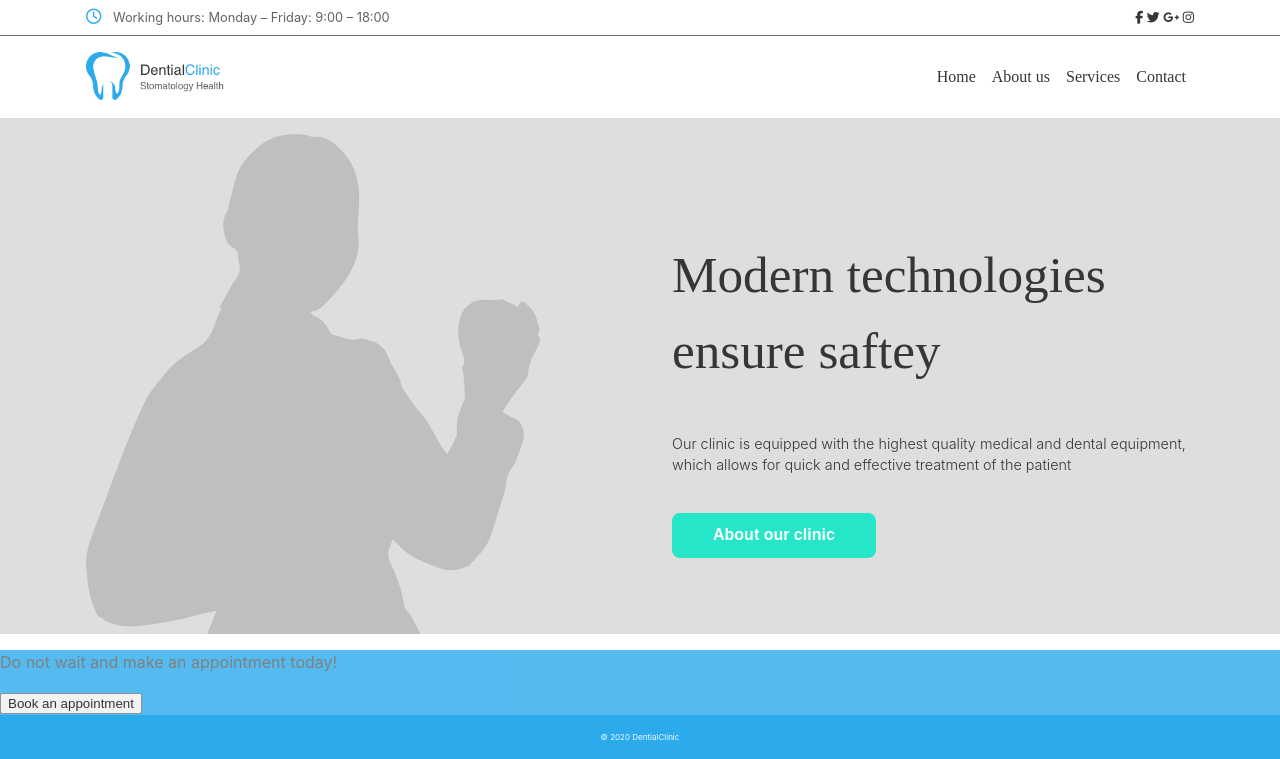
Repository: skepp4rn/uppgift1
Page: index.html
The author's editor kept a copy of each file at every save. The page is drawn from the files as they stood at one save, then again after the next save.
The browser window is 1280 px wide. The pictures show the whole page.
Some web libraries are served in a nearby version.

Above is the page before, as saved 2020-12-03 14:13:39.

### index.html
<!DOCTYPE html>
<html lang="en">
<head>
    <meta charset="UTF-8">
    <meta name="viewport" content="width=device-width, initial-scale=1.0">
    <title>Document</title>

    <script src="https://kit.fontawesome.com/0abbda2fd3.js" crossorigin="anonymous"></script>
    <link rel="stylesheet" href="style.css">
</head>
<body>

    <nav class="navbar-top collapse">
        <div class="container">
            <div class="hours">
                <i class="far fa-clock"></i>
                Working hours: Monday – Friday: 9:00 – 18:00
            </div>
            <div class="#">
                <a href="#"><i class="fab fa-facebook-f"></i></a>
                <a href="#"><i class="fab fa-twitter"></i></a>
                <a href="#"><i class="fab fa-google-plus-g"></i></a>
                <a href="#"><i class="fab fa-instagram"></i></a>
            </div>
        </div>
    </nav>

    <nav class="navbar ">
        <div class="container">
            <a class="navbar-brand" href="#" >
                <img src="images/Logo.png" alt="">
            </a>
            <button class="navbar-toggler">
                <i class="fas fa-bars"></i>
            </button>
            <div class="collapse navbar-collapse">
                <div class="navbar-nav">
                    <a class="nav-link" href="#">Home</a>
                    <a class="nav-link" href="#">About us</a>
                    <a class="nav-link" href="#">Services</a>
                    <a class="nav-link" href="#">Contact</a>
                </div>
            </div>
        </div>
    </nav>

    <section id="showcase" class="bg-gray">
        <div class="container">
            <img src="images/placehold-girl.svg" alt="">
            <div class="content-box">
                <div class="content">
                    <h1>Modern technologies ensure saftey</h1>
                    <p>Our clinic is equipped with the highest quality medical and dental equipment, which allows for quick and effective treatment of the patient</p>
                    <button class="btn btn-green">About our clinic</button>
                </div>
            </div>
        </div>
    </section>












   <div class="grid">
        <section id="appointment bg-gray">
            <div class="bg-blue overlay">
                <div class="center-content">
                    <p>Do not wait and make an appointment today!</p>
                    <button>Book an appointment</button>
                </div>
            </div>
        </section>
        <footer class="d-flex justify-content-center bg-blue">
            <p>© 2020 DentialClinic</p>
        </footer>
    </div>

</body>
</html>

### style.css
* {
    box-sizing: border-box;
}

html, body {
    font-weight: 400;
    font-family: -apple-system, BlinkMacSystemFont, 'Segoe UI', Roboto, Oxygen, Ubuntu, Cantarell, 'Open Sans', 'Helvetica Neue', sans-serif;
    line-height: 1.5;
    font-size: 16px;
    margin: 0;
    padding: 0;
    color: #626262;
}

.border {
    border: 1px solid black;
}

a {
    color: #363636;
    text-decoration: none;
    background-color: transparent;
}

a:hover {
    color: #25E6C8;
}

.bg-dark {
   background: #333333;
   color: #ffffff;
}

.bg-light {
    background: #f7f7f7;
    color: #333333;
}

.bg-gray {
    background-color: #DEDEDE;

}



.btn {
    display: inline-block;
    font-weight: 400;
    text-align: center;
    vertical-align: middle;
    padding: 0.80rem 2.5rem;
    border-radius: 0.5rem;
    border: 1px solid transparent;
    background-color: transparent;
    font-size: 1rem;

}

.btn-green {
    color: #ffffff;
    background-color: #25E6C8;
    font-weight: bold;
    margin-top: 1.4rem;


}

.btn-green:hover {
    cursor: pointer;
    background-color: #2BAAEC;
}



.collapse:not(.show) {
    display: none;
}

.container {
    width: 100%;
    padding: 0 1rem;
    margin: 0 auto;
}

.navbar-top {
    border-bottom: 1px solid #707070;
}

.navbar, .navbar-top {
    display: flex;
    justify-content: space-between;
    padding: 0.5rem 1rem;
}

.navbar .container, .navbar-top .container {
    display: flex;
    justify-content: space-between;
    align-items: center;
}

.navbar-top .container {
    font-size: 0.8rem;
}

.navbar-top .container .hours {
    color:#626262;
}

.navbar-top .container .hours i {
    color: #2BAAEC;
    margin-right: 0.5rem;
    font-size: 1.2em;
}

.navbar-top .container .socialmedia a {
    margin: 0 0.5rem;

}

.navbar-brand {
    display: inline-block;
    font-size: 1.5rem;
    color: black;
    margin-right: 1rem;
}

.navbar-brand img {
    height: 3rem;
    margin-top: 0.5rem;
}


.navbar-toggler {
    font-size: 2.5rem;
    color:#2BAAEC;
    background-color: transparent;
    border: 1px solid transparent;
}

.navbar-collapse {
    align-items: center;
}

.navbar-nav {
    display: flex;
    flex-direction: column;
    font-family: 'Roboto Slab', serif;

}

.nav-link {
    padding: 0;
    text-decoration: none;
}



#showcase .container {
    display: grid;
    grid-template-columns: 1fr 1fr;
    column-gap: 4rem;

    align-items: center;
}

#showcase .container img {
    height: 500px;
    margin-top: 1rem;


}

#showcase .container .content-box {
    align-self: center;
    color: #363636;
    font-weight: 300;
}

.content-box .content h1 {
    font-size: 3.2rem;
    font-family: 'Roboto Slab', serif;
    font-weight: 300;

}

.content-box .content p {
    font-size: 0.9rem;
}




.d-flex {
    display: flex;
}

.justify-content-center {
    justify-content: center;
}

#appointment {
    background-color: #DEDEDE;
}

.overlay {
    opacity: 80%;
    background-color: #2BAAEC;
}



footer {
    border-top: 1px solid rgb(255, 255, 255, 0.2);
    background-color: #2BAAEC;
    color: #f3fbff;
    text-align: center;
    padding: 0.5rem 0rem;
    font-size: 0.5rem;



}










@media (min-width: 768px) {
    .nav-link {
        padding-right: 0.5rem;
        padding-left: 0.5rem;
    }

    .navbar-nav {
        flex-direction: row;
    }

    .navbar-toggler {
        display: none;
    }

    .collapse:not(.show) {
        display: flex;
    }

    .container {
        max-width: 720px;
    }

}

@media (min-width: 992px) {
    .container {
        max-width: 960px;
    }
}

@media (min-width: 1200px) {
    .container {
        max-width: 1140px;
    }
}

After the next save:
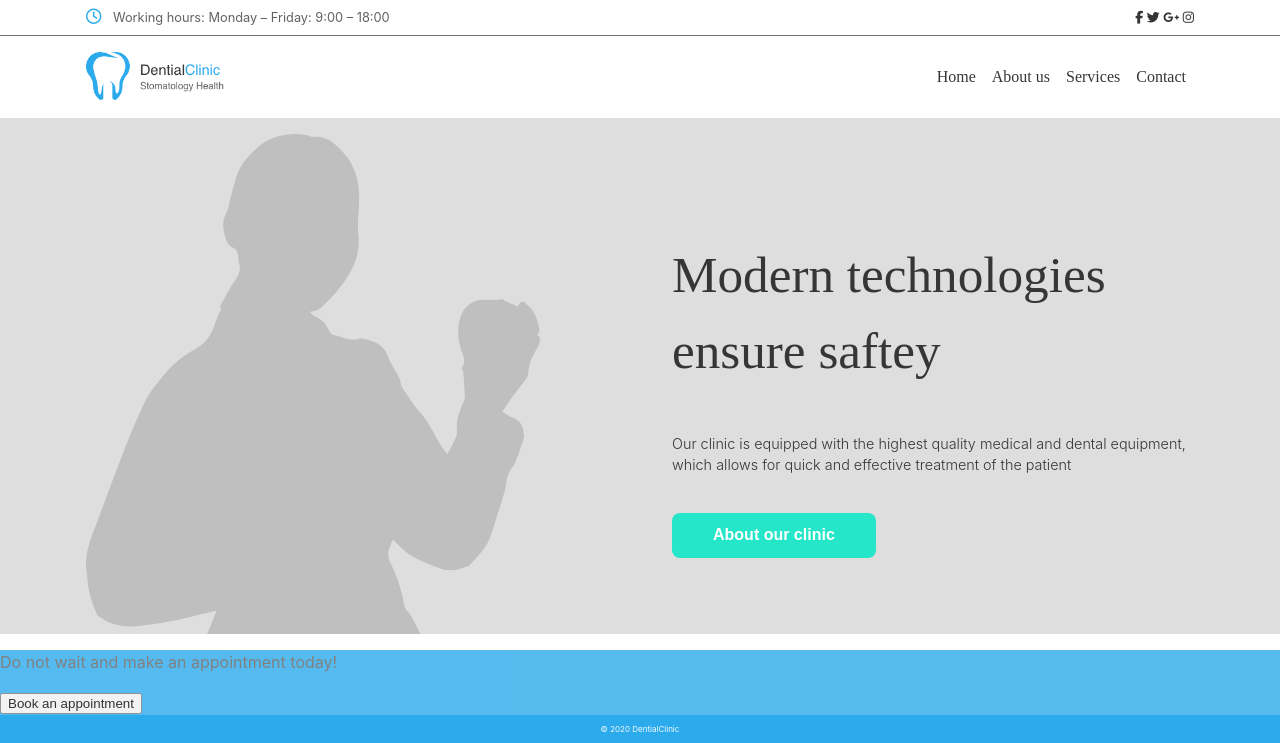
Saved 8 s later.
--- a/style.css
+++ b/style.css
@@ -198,10 +198,6 @@
     justify-content: center;
 }
 
-#appointment {
-    background-color: #DEDEDE;
-}
-
 .overlay {
     opacity: 80%;
     background-color: #2BAAEC;
@@ -214,7 +210,7 @@
     background-color: #2BAAEC;
     color: #f3fbff;
     text-align: center;
-    padding: 0.5rem 0rem;
+    padding: rem 0rem;
     font-size: 0.5rem;
 
 

After the 2 saves that followed:
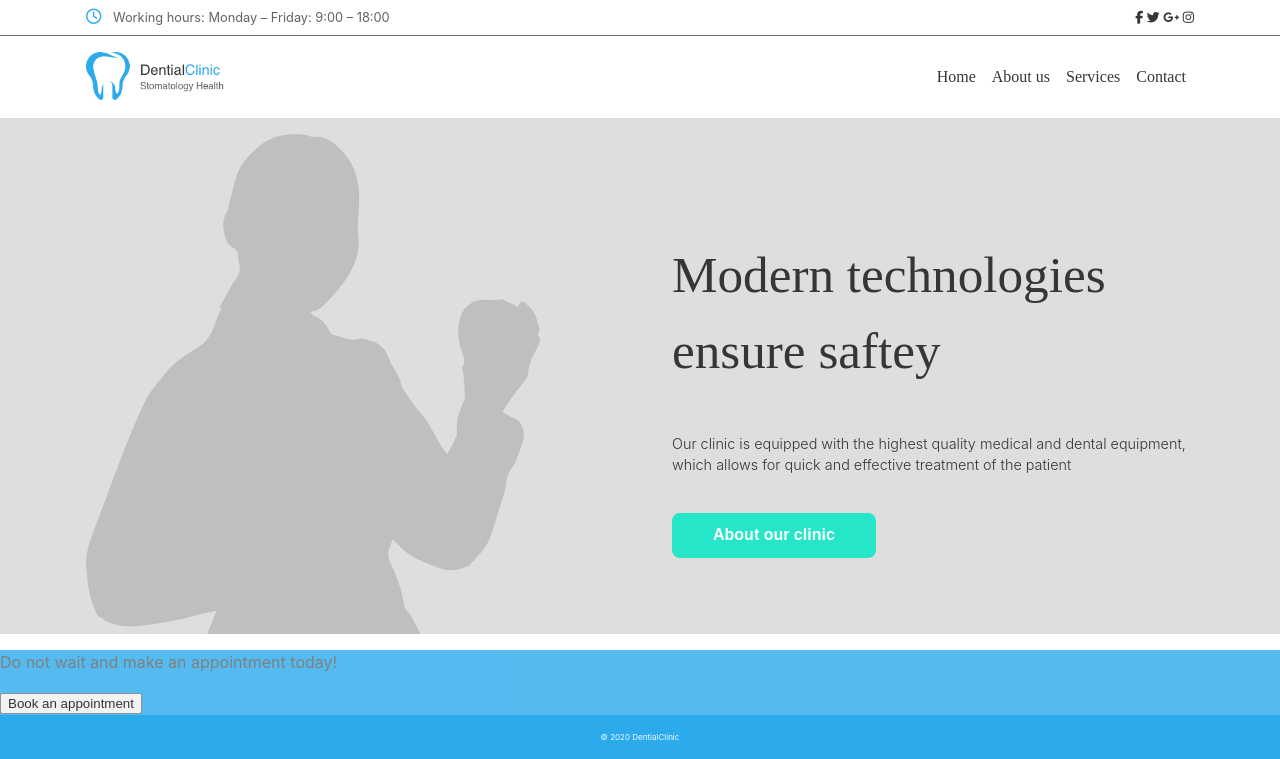
The 2 saves are shown as one change because 1 left the picture as it was.
The last was saved 13 s later.
--- a/style.css
+++ b/style.css
@@ -198,6 +198,10 @@
     justify-content: center;
 }
 
+#appointment {
+    background-color: #DEDEDE;
+}
+
 .overlay {
     opacity: 80%;
     background-color: #2BAAEC;
@@ -210,7 +214,7 @@
     background-color: #2BAAEC;
     color: #f3fbff;
     text-align: center;
-    padding: rem 0rem;
+    padding: 0.5rem 0rem;
     font-size: 0.5rem;
 
 
